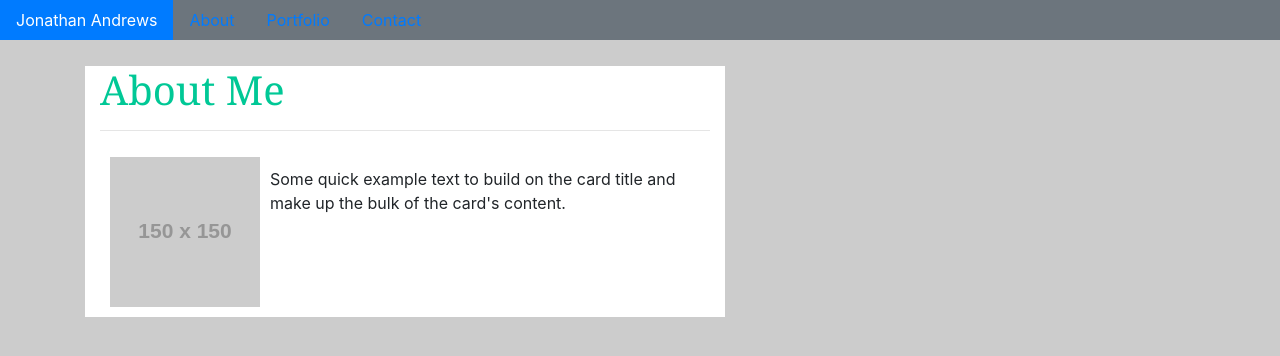
Repository: ionathas78/ionathas78.github.io
Page: index.html
An editor plug-in stored every save of this project. The page is shown before and after the next save, followed by the edit.
The browser window is 1280 px wide. The pictures show the whole page.

Above is the page before, as saved 2020-03-14 21:02:47.

After the next save:
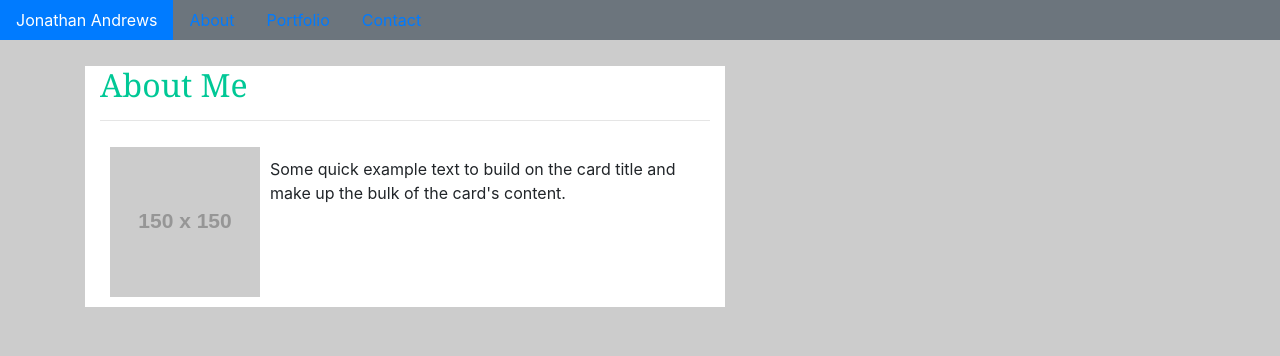
Saved 21 s later.
--- a/index.html
+++ b/index.html
@@ -29,7 +29,7 @@
         <div class="row">
             <div class="col-lg-4">
                 <div class="container clearfix" style="width: 50vw; max width: 900px; background-color: white; margin-top: 2vw;">
-                    <h1 style="color: rgb(0, 200, 150); font-family: Georgia, 'Times New Roman', Times, serif;">About Me</h1>
+                    <h2 style="color: rgb(0, 200, 150); font-family: Georgia, 'Times New Roman', Times, serif;">About Me</h2>
                     <hr>
                     <img src="https://via.placeholder.com/150" class="float-left" alt="My Index Pic" style="margin: 10px 10px;">
                         <div class="card-body">
